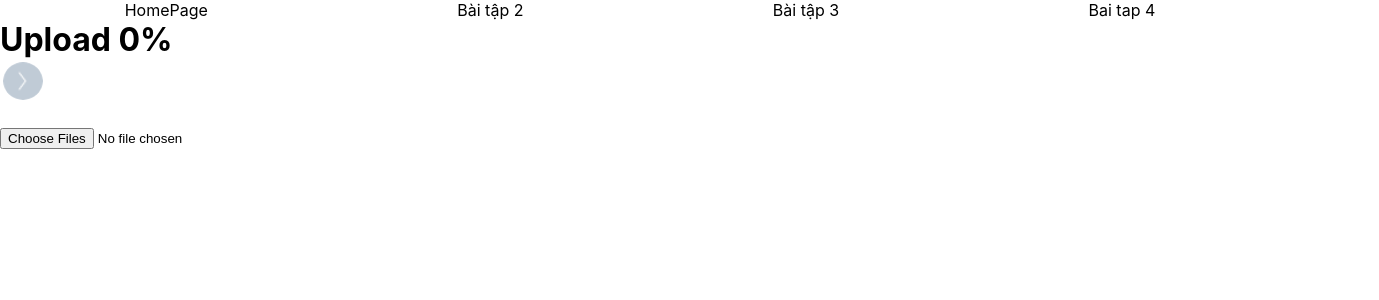
Repository: tungdau93/Training-ReactJS
Page: /bai-tap-3
These files come from the project's save history. The page is drawn as it stood at one moment and after a run of saves; the edit follows.
The browser window is 1280 px wide. The page is 1379 px wide, so the pictures cover 1379 px, including what lies to the right of the window. The pictures show the whole page.
The project was rebuilt for these pictures with package versions that can differ from the ones it lists, and the page was loaded fresh each time. Also part of the build but not shown: src/App.css, src/hooks/useClickOutside.js, src/Assignments/BaiTap2.jsx, src/Components/IconFile.jsx, src/Components/FileUpload.jsx, src/Assignments/HomePage.jsx.

Above is the page before, as saved 2022-10-03 10:30:52.

### src/App.js
import { BrowserRouter, Route, Routes } from "react-router-dom";
import "./App.css";
import BaiTap2 from "./Assignments/BaiTap2";
import BaiTap3 from "./Assignments/BaiTap3";
import HomePage from "./Assignments/HomePage";
import Menu from "./Assignments/Menu";

function App() {
  return (
    <BrowserRouter>
      <Menu />
      <Routes>
        <Route path="/" element={<HomePage />} />
        <Route path="/bai-tap-2" element={<BaiTap2 />} />
        <Route path="/bai-tap-3" element={<BaiTap3 />} />
      </Routes>
    </BrowserRouter>
  );
}

export default App;

### src/Assignments/BaiTap3.jsx
import React from "react";
import "../style/_bai-tap-3.scss";
import { ref, uploadBytesResumable } from "@firebase/storage";
import { storage } from "../firebase";
import { useState, useRef } from "react";
import IconFile from "../Components/IconFile";
import FileUpload from "../Components/FileUpload";

const BaiTap3 = () => {
  const listUploadedRef = useRef();
  const fileUploadedRef = useRef();

  const [files, setFiles] = useState([]);
  const [progress, setProgress] = useState(0);
  const [isSizeValid, setIsSizeValid] = useState(true);
  const [isActive, setIsActive] = useState(true);
  const [isValidNumberOfFiles, setValidNumberOfFiles] = useState(false);

  const RemoveAddFile = [];

  const handleSlide = () => {
    const listUploadedOffsetWidth = listUploadedRef.current?.offsetWidth;
    const listUploadedClientWidth = listUploadedRef.current?.clientWidth;
    const fileUploadedWidth = fileUploadedRef.current?.offsetWidth;
    const removeSpace = listUploadedOffsetWidth - listUploadedClientWidth;
    console.log(removeSpace);

    if (listUploadedRef.current && fileUploadedRef.current) {
      listUploadedRef.current.scrollTo({
        left: fileUploadedWidth,
        behavior: "smooth",
      });
    }
  };
  const handleAddFiles = (event) => {
    setValidNumberOfFiles(false);
    const file = event.target.files[0];

    event.preventDefault();
    const fileArray = event.target.files;
    for (var j = 0; j < fileArray.length; j++) {
      if (fileArray[j].size > 10485760) {
        setIsSizeValid(false);
        setIsActive(false);
        return;
      }
    }
    setIsActive(true);
    setIsSizeValid(true);

    const newFiles = [...files];
    for (let k = 0; k < fileArray.length; k++) {
      newFiles.push(fileArray[k]);
    }
    setFiles(newFiles);
  };

  const uploadFiles = (file) => {
    if (!file) return;
    const storageRef = ref(storage, `/files/${file.name}`);
    const uploadTask = uploadBytesResumable(storageRef, file);
    uploadTask.on(
      "state_changed",
      (snapshot) => {
        const prog = Math.round(
          (snapshot.bytesTransferred / snapshot.totalBytes) * 100
        );
        setProgress(prog);
      },
      (err) => console.log(err)
    );
  };

  const handleUpload = (event) => {
    event.preventDefault();

    const newFilesUpload = [...files];
    if (files.length > 0 && files.length <= 4) {
      for (let i = 0; i < newFilesUpload.length; i++) {
        uploadFiles(newFilesUpload[i]);
        console.log(newFilesUpload[i]);
        setFiles(RemoveAddFile);
      }
    } else {
      setValidNumberOfFiles(true);
      setFiles(RemoveAddFile);
      setIsActive(false);
    }
  };

  const handleClose = (index) => {
    const fileSelected = files.filter((file) => file.index === index);
    // console.log(newFiles);
    const newFiles = [...files];
    newFiles.pop(fileSelected);
    setFiles([...newFiles]);
  };

  return (
    <>
      <h1>Upload {progress}%</h1>
      <img
        onClick={handleSlide}
        src={require("../assets/images/submit-icon.png")}
        alt=""
        className="slide-icon"
      />

      <div className="drag-drop-files">
        <div className="">
          <img src="" alt="" />
          <span></span>
          <span></span>
        </div>
        <input
          id="name"
          type="file"
          className="input"
          onChange={handleAddFiles}
          multiple
        />
        {/* <form onSubmit={(event) => handleUpload(event)}>
          <label htmlFor="name" className="drag-and-drop-img">
            <img alt="" src={require("../assets/images/upload-icon.png")} />
          </label>
          <label htmlFor="name" className="drag-and-drop-heading">
            Drag and drop files
          </label>
          <label htmlFor="name" className="drag-and-drop-heading--sub-heading">
            Browse Files
          </label>
          <input
            id="name"
            type="file"
            className="input"
            onChange={handleAddFiles}
            multiple
          />
          <button type="submit" className="submit">
            Upload
          </button>
        </form> */}
      </div>

      {isSizeValid ? (
        <div ref={listUploadedRef} className="show-data--hidden">
          {files &&
            files.map((file, index) => {
              // console.log(file.type);
              return (
                <FileUpload
                  handleClose={() => handleClose(index)}
                  key={index}
                  ref={fileUploadedRef}
                  fileType={file.type}
                  fileName={file.name}
                  fileSize={file.size}
                />
              );
            })}
        </div>
      ) : (
        <span className="maximum-files-size">
          The maximum file size is 10MB
        </span>
      )}

      {isValidNumberOfFiles ? (
        <span className="maximum-files-length">
          Maximum length of files is 4
        </span>
      ) : null}
    </>
  );
};

export default BaiTap3;

### src/Assignments/Menu.jsx
  import React from "react";
import { useNavigate } from "react-router-dom";

const styleHomePage={
        display:'flex',
        justifyContent: 'center',
}

const styleUl = {
    display: 'flex',
    justifyContent: 'space-around',
    // ListStyle:"none"
}
const handleMouseOver =(e)=>{
    e.target.style.color = '#DC143C'
}
const handleMouseOut =(e)=>{
    e.target.style.color = '#000'
}

const Menu = () => {
  const navigate = useNavigate();

  const redirectPage = (url) => {
    navigate(url);
  };

  return (
    <div>
      <ul style={styleUl}>
        <li style={{listStyleType:'none'}} onMouseOver={handleMouseOver} onMouseOut={handleMouseOut} onClick={() => redirectPage("/")}>
          <div style={styleHomePage}>HomePage</div>
        </li>
        <li style={{listStyleType:'none'}}  onMouseOver={handleMouseOver} onMouseOut={handleMouseOut} onClick={() => redirectPage("/bai-tap-2")}>
          <div >Bài tập 2</div>
        </li>
        <li style={{listStyleType:'none'}} onMouseOver={handleMouseOver} onMouseOut={handleMouseOut} onClick={() => redirectPage("/bai-tap-3")}>
          <div >Bài tập 3</div>
        </li>
        <li style={{listStyleType:'none'}} onMouseOver={handleMouseOver} onMouseOut={handleMouseOut} onClick={() => redirectPage("/bai-tap-4")}>
          <div >Bai tap 4

          </div>
        </li>
      </ul>
    </div>
  );
};

export default Menu;

### src/style/_bai-tap-2.scss
*{
    padding: 0;
    margin:0;
}
.app {
    background-color:#1E1E1E;
    #title {
        top:-976px;
        left:-1124px;
        color:#a0a0a0;
        width: 2227px;
        height:1933px;
        &:hover{
            color:#99CCFF;
            opacity:.6;
    }
    }
    .app__container{
        width: 2227px; ;
        height: 1933px;
        background-color:#F8F8F8;
        position:relative;
        .app__container--heading{
            display: flex;
            flex-direction: row;
            align-items: center;
            padding: 50px 99px 50px 56px;
            gap: 10px;
            display:block;

            position: absolute;
            width: 2227px;
            height: 140px;
            left: 0px;
            top: 0px;
            background-color:#333333;
            .app__container--heading-name{
                display: flex;
                flex-direction: row;
                align-items: center;
                padding: 0px;
                gap: 30px;

                width: 323px;
                height: 56px;


                /* Inside auto layout */

                flex: none;
                order: 0;
                flex-grow: 0;
                .app__container--heading-name--japanese{
                    width: 144px;
                    height: 56px;

                    font-family: 'Roboto';
                    font-style: normal;
                    font-weight: 700;
                    font-size: 48px;
                    line-height: 56px;




                /* White */

                    color: #FFFFFF;


                /* Inside auto layout */

                    flex: none;
                    order: 0;
                    flex-grow: 0;

                }
                .app__container--heading-name--english{
                    width: 149px;
                height: 38px;

                font-family: 'Roboto';
                font-style: normal;
                font-weight: 400;
                font-size: 32px;
                line-height: 38px;
                /* identical to box height */


                /* White */

                color: #FFFFFF;


                /* Inside auto layout */

                flex: none;
                order: 1;
                flex-grow: 0;
                }
            }
        }
        .app__container--input-wrapper{
    position: relative;
    display: flex;
    flex-direction: column;
    align-items: flex-start;
    padding: 0px;

    position: absolute;
    width: 400px;
    height: 46px;
    left: 379px;
    top: 308px;
    .app__container--input-wrapper--input{
        box-sizing: border-box;

    /* Auto layout */


    display: flex;
    flex-direction: row;
    align-items: center;
    padding: 8px 10px;
    gap: 4px;

    width: 400px;
    height: 49px;

    background: rgba(230, 249, 255, 0.2);
    /* Black / 04 */

    border: 1px solid #DBDBDB;
    border-radius: 4px;

    /* Inside auto layout */

    flex: none;
    order: 0;
    align-self: stretch;
    flex-grow: 0;



            }

     .fa-thin{
    position: absolute;
            }
    .app__container--input-wrapper--dropdown-list{
display: flex;

display:none;
// flex-direction: column;
// align-items: flex-start;
position: absolute;
width: 400px;
height: 128px;
left: 0;
top: 49px;
// background-color: yellow;

filter: drop-shadow(0px 1px 8px rgba(102, 102, 102, 0.25));
border-radius: 4px;
        .app__container--input-wrapper--dropdown-list--item1{
            position: absolute;
            width: 100%;
            height: 49px;
            background: rgba(230, 249, 255, 0.2);
            border-radius: 4px;
            display:block

        }
        .app__container--input-wrapper--dropdown-list--item2{
            position: absolute;
            width: 100%;
            height: 49px;
            border-radius: 4px;
            background: rgba(230, 249, 255, 0.2);
            top: 49px;
            display:block


        }
        .app__container--input-wrapper--dropdown-list--item3{
            position: absolute;
            width: 100%;
            height: 49px;
            border-radius: 4px;
            background: rgba(230, 249, 255, 0.2);
            top:98px;
            display:block


        }

    }
}


    }
}

### src/style/_bai-tap-3.scss

  .slide-icon {
    top: 560px;
    left: 1398px;
    width: 40px;
    height: 38px;
    border-radius: 50%;
    border: solid #fff;
    &:hover {
      border: #107ce0 solid 3px;
    }
  }
  .drag-and-drop {
    display: flex;
    justify-content: center;
    width: 842px;
    height: 232px;
    left: 579px;
    // right: 79.24%;
    top: 249px;
    background: #f8f8f8;
    border: 1px solid #dcdcdc;
    border-radius: 7px;
    z-index: 1;
    .drag-and-drop-img {
      top: 45px;
      left: 381px;
      display: flex;
      position: absolute;
      min-width: 70px;
      min-height: 70px;

      justify-content: center;
      align-items: center;
    }
    .drag-and-drop-heading {
      top: 113px;
      left: 342px;
      display: flex;
      position: absolute;
      min-width: 100px;
      align-items: center;
      justify-content: center;
      font-family: "Noto Sans";
      font-style: normal;
      font-weight: 700;
      font-size: 18px;
      line-height: 22px;
      color: #333333;
    }
    .drag-and-drop-heading--sub-heading {
      top: 137px;
      left: 373px;
      position: absolute;
      min-width: 50px;
      align-items: center;
      justify-content: center;
      font-family: "Noto Sans";
      font-style: normal;
      font-size: 18px;
      line-height: 22px;
      color: #333333;
      text-decoration: underline;
    }
    &:hover {
      border: 1px solid #107ce0;
    }
    .input {
      width: 842px;
      height: 232px;
      position: absolute;
      // right: 79.24%;
      background: #f8f8f8;
      // border: 1px solid #dcdcdc;
      border-radius: 7px;
      z-index: -1;
      color: transparent;

      &::-webkit-file-upload-button {
        display: none;
      }
    }
    .submit {
      position: absolute;
      top: 360px;
      left: 359px;
      width: 113px;
      height: 43px;
      border-radius: 3px;
      z-index: -1;
      border: none;
      &:hover {
        border: 1px solid #107ce0;
      }
    }
    .submit-img {
      position: absolute;
      top: 261px;
      left: 825px;
      width: 32px;
      height: 32px;
      border-radius: 50%;
      z-index: 1;
    }
    .drag-and-drop--upload-icon {
      position: absolute;
      height: 18.67px;
      width: 26.67px;
      top: 64px;
      left: 397.67px;
      right: 417.67px;
      z-index: 1;
    }

  }

  .drag-and-drop--alert {
    width: 842px;
    height: 232px;
    position: relative;
    left: 579px;
    // right: 79.24%;
    top: 249px;
    background: #f8f8f8;
    border: 1px solid  #ED5D5D;
    border-radius: 7px;
    z-index: 1;
    .drag-and-drop-img {
      top: 45px;
      left: 381px;
      display: flex;
      position: absolute;
      min-width: 70px;
      min-height: 70px;

      justify-content: center;
      align-items: center;
    }
    .drag-and-drop-heading {
      top: 113px;
      left: 342px;
      display: flex;
      position: absolute;
      min-width: 100px;
      align-items: center;
      justify-content: center;
      font-family: "Noto Sans";
      font-style: normal;
      font-weight: 700;
      font-size: 18px;
      line-height: 22px;
      color: #333333;
    }
    .drag-and-drop-heading--sub-heading {
      top: 137px;
      left: 373px;
      position: absolute;
      min-width: 50px;
      align-items: center;
      justify-content: center;
      font-family: "Noto Sans";
      font-style: normal;
      font-size: 18px;
      line-height: 22px;
      color: #333333;
      text-decoration: underline;
    }
    &:hover {
      border: 1px solid #107ce0;
    }
    .input {
      width: 842px;
      height: 232px;
      position: absolute;
      // right: 79.24%;
      background: #f8f8f8;
      // border: 1px solid #dcdcdc;
      border-radius: 7px;
      z-index: -1;
      color: transparent;

      &::-webkit-file-upload-button {
        display: none;
      }
    }
    .submit {
      position: absolute;
      top: 360px;
      left: 359px;
      width: 113px;
      height: 43px;
      border-radius: 3px;
      z-index: -1;
      border: none;
      &:hover {
        border: 1px solid #107ce0;
      }
    }
    .submit-img {
      position: absolute;
      top: 261px;
      left: 825px;
      width: 32px;
      height: 32px;
      border-radius: 50%;
      z-index: 1;
    }
    .drag-and-drop--upload-icon {
      position: absolute;
      height: 18.67px;
      width: 26.67px;
      top: 64px;
      left: 397.67px;
      right: 417.67px;
      z-index: 1;
    }


  }

  .invalid {
    position: absolute;
    top: 93px;
    left: 32px;
    width: 24px;
    height: 32px;
    background-color: rgba(255, 0, 0, 0.5);
    border: solid 0.5px rgb(153, 167, 181);
    border-radius: 3px;
  }

.maximum-files-length{
    color: #ED5D5D;
    top: 169px;
    position: relative;
    left: 581px;
}

.maximum-files-size{
  color: #ED5D5D;
  top: 278px;
  position: relative;
  left: 581px;
}

### src/firebase.js
import { initializeApp } from "firebase/app";
import { getStorage } from "firebase/storage";

const firebaseConfig = {
    apiKey: "AIzaSyBDyCwxOmrur5hog0XVVwqIkyzdGhH8h4w",
    authDomain: "fir-upload-d710f.firebaseapp.com",
    projectId: "fir-upload-d710f",
    storageBucket: "fir-upload-d710f.appspot.com",
    messagingSenderId: "230877422747",
    appId: "1:230877422747:web:8e36d237d55b89ca5f923e",
    measurementId: "G-Q111WB6C29"
  };

  export const app = initializeApp(firebaseConfig);
  export const storage = getStorage(app);

### src/style/_file-upload.scss
.show-data--hidden {
  position: relative;
    overflow:auto;
    left: 570px;
    top: 260px;
    width: 809px;
    height: 97px;
    display: flex;
    white-space:  nowrap;


    .alert{
      color: #ED5D5D;
      top:17px;
      position: absolute;
    }

    .show-data--item{
      background: #FFFFFF;
      top:0px;
      left: 45px;
      border: 1px solid #dcdcdc;
      display: flex;
      justify-content: space-between;
      align-items: center;
      min-width: 244px;
      height: 48px;
      border-radius: 3px;
      margin: 12px;

      &:hover {
        border: 1px solid #107ce0;
        border-radius: 3px;
      }
      .show-data__item--icon {
        width: 30px;
        height: 32px;
        margin: 8px 12px;
      }
      .show-data__item--icon--invalid {
        width: 30px;
        height: 32px;
        margin: 8px 12px;
        border: #072e2a solid 1px;
        border-radius: 3px;
        background-color: red;
      }
      .show-data__item--name {
        position: absolute;
        font-family: "Noto Sans";
        font-style: normal;
        margin-left: 48px;
        width:125px;
        .show-data__item--name--heading {
          min-width: 100px;
          height: 16px;
          font-weight: 700;
          font-size: 16px;
          line-height: 16px;
          margin-top: 23px;
        }
        .show-data__item--name--size {
          width: 85px;
          height: 16px;
          color: #666666;
          font-weight: 400;
          font-size: 16px;
          line-height: 14px;
          margin-bottom: 12px;
        }
      }
      .show-data__item--close-button {
        height: 18.67px;
        width: 16.67px;
        margin-right:5px;

      }
    }
  }

Loaded but not shown: public/index.html (common file); src/index.js (common file); src/index.css (common file); src/reportWebVitals.js (common file)

After the next 2 saves:
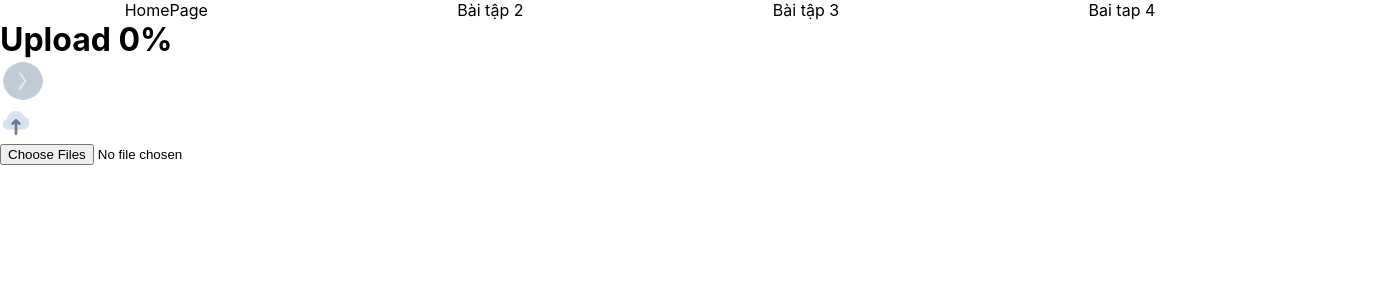
The 2 saves are shown as one change because they came seconds apart.
The last was saved 8 s later.
--- a/src/Assignments/BaiTap3.jsx
+++ b/src/Assignments/BaiTap3.jsx
@@ -108,7 +108,7 @@ const BaiTap3 = () => {
 
       <div className="drag-drop-files">
         <div className="">
-          <img src="" alt="" />
+          <img alt="" src={require("../assets/images/upload-icon.png")} />
           <span></span>
           <span></span>
         </div>
